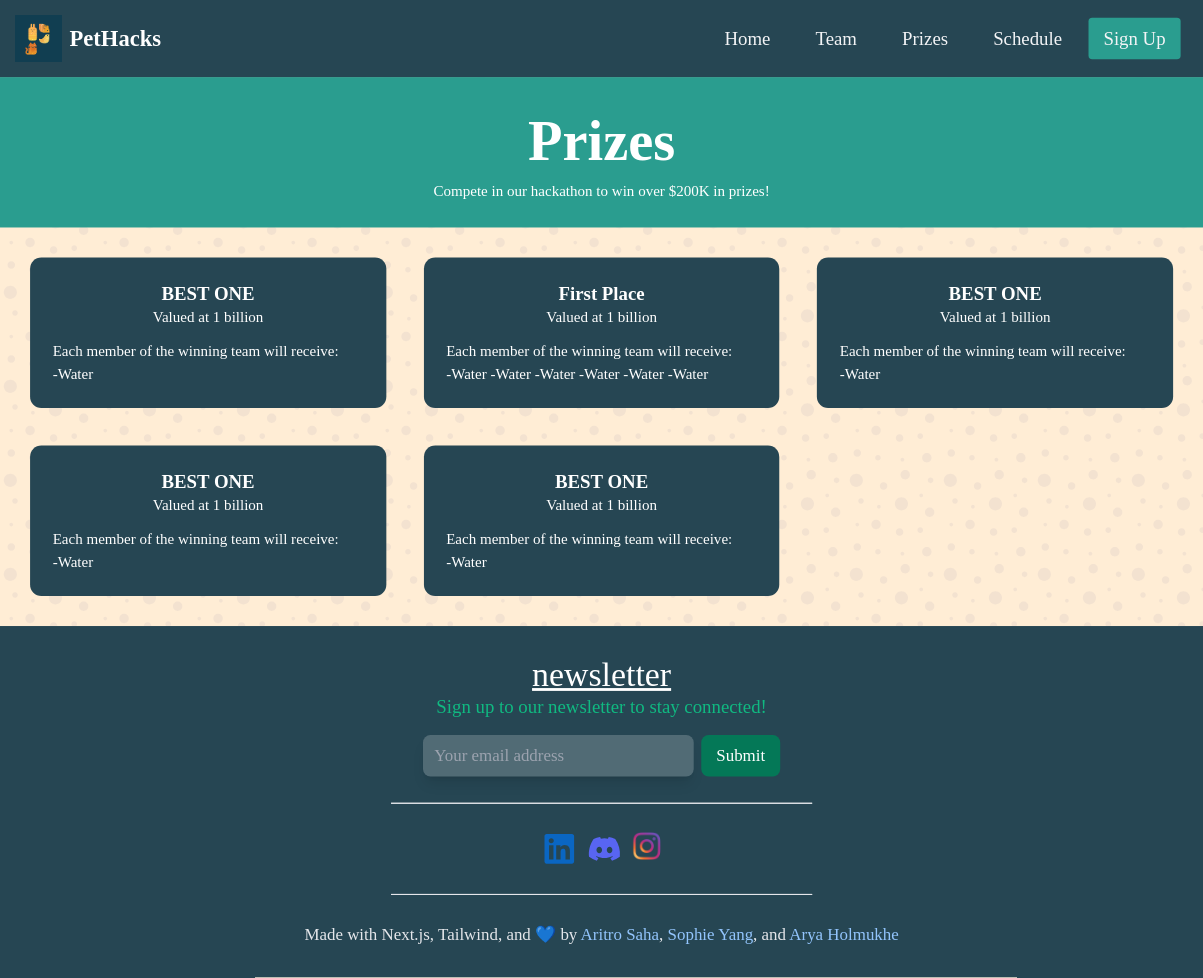
Repository: AritroSaha10/pethacks-website
Page: /prizes
An editor plug-in stored every save of this project. The page is shown before and after the next save, followed by the edit.
The browser window is 1280 px wide. The pictures show the whole page, at 94% of full size.
Some web fonts or font styles are not loaded; a fallback is used. The project was rebuilt for these pictures with package versions that can differ from the ones it lists, and the page was loaded fresh each time. The framework's server and built-in components were replaced by stand-ins that run in the browser. Also part of the build but not shown: next.config.js.

Above is the page before, as saved 2022-09-10 09:56:36.

### pages/prizes.tsx
import Layout from '../components/Layout'
import Navbar from "@components/Navbar"
import Card from '@components/Prizes/Card'
import SectionHead from "@components/SectionHead"

export default function Prizes(){
    return (
    <Layout name="Prizes" noNavbar>
      <Navbar />
      <SectionHead title="Prizes" subtitle="Compete in our hackathon to win over $200K in prizes!"/>
      <div className="grid grid-cols-1 md:grid-cols-2 lg:grid-cols-3 p-3">
      <Card title="BEST ONE" valuation="1 billion" info="-Water"/>
      <Card title="First Place" valuation="1 billion" info="-Water -Water -Water -Water -Water -Water "/>
      <Card title="BEST ONE" valuation="1 billion" info="-Water"/>
      <Card title="BEST ONE" valuation="1 billion" info="-Water"/>
      <Card title="BEST ONE" valuation="1 billion" info="-Water"/>
      </div>

    </Layout>
    )
}

### styles/globals.css
@import url('https://fonts.googleapis.com/css2?family=Gaegu&family=Space+Mono&display=swap');

@tailwind base;
@tailwind components;
@tailwind utilities;

@layer base {
    html {
        font-family: Gaegu;
    }
}

.svg-background {
    background-image: url("data:[embedded picture, 1230 characters]");
}

.wiggles-background {
    background-image: url("data:[embedded picture, 494 characters]");
}

### components/Layout.tsx
import Head from "next/head"

import Navbar from "./Navbar"
import Footer from "./Footer"

import { m } from "framer-motion"

const transition = { ease: [0.6, 0.01, -0.05, 0.9] };

const contentVariants = {
    initial: { y: 200, opacity: 0 },
    animate: { y: 0, opacity: 1 },
    exit: { y: -200, opacity: 0 },
    transition: { duration: 0.4, ...transition }
}

export default function Layout({ name, children, noAnim, noNavbar }: { name: string, children: any, noAnim?: boolean, noNavbar?: boolean }) {
    const title = `${name} | PetHacks`;
    const description = "WEBSITE DESCRIPTION";
    const imageSrc = "CHANGE ME"

    return (
        <div className="flex flex-col min-h-screen bg-orange-100 overflow-hidden" key={name}>
            <Head>
                <title>{title}</title>
                <meta name="description" content={description} />

                <meta property="og:title" content={title} />
                <meta property="og:description" content={description} />
                <meta property="og:type" content="website" />
                <meta property="og:image" content={imageSrc} />
                <meta property="og:image:type" content="image/png" />
                <meta property="og:image:width" content="1111" />
                <meta property="og:image:height" content="1111" />

                <meta name="twitter:card" content="summary_large_image" />
                <meta name="twitter:creator" content="@YOUR_TWITTER" />
                <meta property="twitter:title" content={title} />
                <meta property="twitter:description" content={description} />
                <meta property="twitter:image:src" content={imageSrc} />
            </Head>

            {noNavbar ? <></> : <Navbar />}

            {noAnim ? (
                <div
                    className="flex-grow flex flex-col"
                >
                    {children}
                </div>
            ) : (
                <m.div
                    initial={contentVariants.initial}
                    animate={contentVariants.animate}
                    exit={contentVariants.exit}
                    transition={contentVariants.transition}
                    className="flex-grow flex flex-col svg-background"
                >
                    {children}
                </m.div>
            )}

            <Footer />
        </div>
    )
}

### components/Navbar.tsx
import Link from "next/link";
import Image from "next/image";
import { useState } from "react";

import Logo from "@media/logo.png";

import { GoThreeBars } from "react-icons/go"

const links = [
    {
        name: "Home",
        link: "/",
        id: "home",
        priority: false
    },
    {
        name: "Team",
        link: "/team",
        id: "team",
        priority: false
    },
    {
        name: "Prizes",
        link: "/prizes",
        id: "prizes",
        priority: false
    },
    {
        name: "Schedule",
        link: "/schedule",
        id: "schedule",
        priority: false
    },
    {
        name: "Sign Up",
        link: "/sign-up",
        id: "sign-up",
        priority: true
    },
];

export default function Header() {
    const [showDropdown, setShowDropdown] = useState(false);

    return (
        <header className="bg-pet-teal py-2 lg:py-4 sticky">
            <div className="container px-4 mx-auto lg:flex lg:items-center">
                <div className="flex justify-between items-center">
                    <Link href="/">
                        <a className="flex justify-between items-center font-bold text-2xl text-white gap-2">
                            <Image src={Logo} alt="logo" width={50} height={50} />
                            <span>PetHacks</span>
                        </a>
                    </Link>

                    <button
                        className="border border-solid border-gray-600 px-3 py-1 rounded text-white opacity-50 hover:opacity-75 lg:hidden"
                        aria-label="Menu"
                        data-test-id="navbar-menu"
                        onClick={
                            () => {
                                setShowDropdown(!showDropdown);
                            }}
                        >
                        <GoThreeBars />
                    </button>
                </div>

                <div className={`${showDropdown ? "flex" : "hidden"} lg:flex flex-col lg:flex-row lg:ml-auto mt-3 lg:mt-0 text-xl`} data-test-id="navbar">
                    {
                        links.map(({ name, link, priority, id }) =>
                            <Link key={name} href={link}>
                                <a
                                    className={`${priority ? "text-gray-100 bg-pet-turquoise hover:bg-pet-turquoise/50 hover:text-white text-center mt-1 lg:mt-0 lg:ml-1" : "text-gray-100 hover:bg-gray-400/20 hover:text-gray-100 "} p-2 lg:px-4 lg:mx-2 rounded duration-300 transition-colors `}
                                    data-test-id={`navbar-${id}`}
                                >
                                    {name}
                                </a>
                            </Link>
                        )
                    }
                </div>
            </div>
        </header>
    )
}

### components/Prizes/Card.tsx
import React from 'react';


export default function Card ({title, valuation, info}: {title: string, valuation: string, info: string}) {

    return (
        <div className="col-span-1 min-h-min p-6 m-5 pd-2 bg-pet-teal rounded-xl  text-white" >
            <div className="text-center">
                <h1 className="text-xl font-bold">{title}</h1>
                <p className="pb-3">Valued at {valuation}</p>
            </div>
            <div className="">
                Each member of the winning team will receive:
                <p>
                {info}
                </p>
            </div>
        </div>
    )
}

### components/SectionHead.tsx
import React from 'react';

export default function SectionHead({ title, subtitle }: { title: string, subtitle: string }) {
  return (
    <div className="h-40 bg-pet-turquoise text-center text-white grid place-content-center">
      <h1 className="font-bold text-6xl p-3">{title}</h1>
      <p>{subtitle}</p>
    </div>
  )
}

### components/Footer.tsx
import React, { useState } from 'react'
import Link from 'next/link'
import Image from 'next/image'

import axios from 'axios'

import EmailRegex from '@util/EmailRegex'

import logo from '@media/logo.png'
import InstagramLogo from "@media/ig.png"
import { FaLinkedin, FaDiscord } from 'react-icons/fa'

const buttonColoring =
    'bg-emerald-700 text-white hover:bg-white hover:text-emerald-700 active:bg-emerald-500 active:text-white transition-all duration-300'

enum EmailState {
    Neutral,
    Invalid,
    Success,
    Sending
}

export default function Footer() {
    const [emailState, setEmailState] = useState(EmailState.Neutral)

    const handleSubmit = async (e: React.FormEvent<HTMLFormElement>) => {
        e.preventDefault()

        // Extract email from form data
        const formData = Object.fromEntries(new FormData(e.currentTarget))
        const email = formData.email.toString()

        // Match using regex
        if (email === '' || !email.match(EmailRegex)) {
            setEmailState(EmailState.Invalid);
            return;
        }

        // Submit to Airtable
        setEmailState(EmailState.Sending);

        try {
            const startingTime = new Date().getTime();

            // TODO: IMPLEMENT THIS API FUNCTION
            await axios.post("/api/addToNewsletter", {
                email: email
            });

            // Slow down animation to take at least 300ms on user end so it's smoother
            await new Promise(resolve => {
                setTimeout(resolve.bind(null, null), 300 - (new Date().getTime() - startingTime));
            });
        } catch (e) {
            // We don't need the user to know of the error, but log it for later uses
            console.error("Error when sending email", e);
        }

        // Let user know it was sent successfully
        setEmailState(EmailState.Success);
    }

    return (
        <footer className="flex flex-col justify-between gap-4 px-12 lg:px-20 py-8 bg-pet-teal items-center z-[99999999] text-center sm:text-left">

            <div className="flex flex-col items-center lg:w-1/3" id="newsletter">
                <h2 className="text-4xl text-white underline">newsletter</h2>
                <p className="text-xl text-emerald-500">
                    Sign up to our newsletter to stay connected!
                </p>

                <div>
                    <form className="flex flex-col sm:flex-row items-center gap-2 mt-4 text-center lg:text-left" onSubmit={handleSubmit} noValidate>
                        <input
                            className={`text-lg rounded-lg py-2 px-3 w-60 sm:w-72 align-middle text-white outline-none focus:ring-2 focus:ring-emerald-700 duration-200 bg-white/20 shadow-lg focus:shadow-none ${emailState == EmailState.Invalid && "ring-1 ring-red-600"}`}
                            placeholder="Your email address"
                            name="email"
                            type="email"
                            onChange={() => setEmailState(EmailState.Neutral)}
                            required
                        />
                        <input
                            type="submit"
                            className={`rounded-lg py-2 px-4 w-60 sm:w-auto text-lg ${buttonColoring} hover:cursor-pointer`}
                        />
                    </form>

                    {emailState == EmailState.Invalid && (
                        <p className="text-sm text-red-500">
                            Please provide a valid email address.
                        </p>
                    )}

                    {emailState == EmailState.Success && (
                        <p className="text-sm text-emerald-400">Thanks for submitting!</p>
                    )}
                </div>
            </div>

            <hr className="h-px bg-white w-full lg:w-[40%] my-3" />

            <div className="flex items-center justify-center gap-3 text-4xl">
                <a
                    href=""
                    className="text-[#0A66C2] hover:text-[#0A66C2]/75 active:text-[#0A66C2]/50 duration-200"
                    target="_blank"
                    rel="noreferrer"
                    title="LinkedIn"
                >
                    <FaLinkedin />
                </a>

                <a
                    href=""
                    className="text-[#5865F2] hover:text-[#5865F2]/75 active:text-[#5865F2]/50 duration-200"
                    target="_blank"
                    rel="noreferrer"
                    title="Discord"
                >
                    <FaDiscord />
                </a>

                <a
                    href=""
                    className="text-[#F77737] hover:text-[#F77737]/75 active:text-[#F77737]/50 duration-200"
                    target="_blank"
                    rel="noreferrer"
                    title="Instagram"
                >
                    <Image src={InstagramLogo} width={30} height={30} alt="instagram" />
                </a>
            </div>

            <hr className="h-px bg-white w-full lg:w-[40%] my-3" />

            <p className='text-lg text-gray-200'>
                Made with Next.js, Tailwind, and 💙 by
                {" "}
                <a href="https://aritrosaha.vercel.app" target="_blank" rel="noreferrer" className='text-blue-300 hover:text-blue-500 duration-150'>
                    Aritro Saha
                </a>
                ,{" "}
                <a href="https://www.linkedin.com/in/sophie-yang-66b855216" target="_blank" rel="noreferrer" className='text-blue-300 hover:text-blue-500 duration-150'>
                    Sophie Yang
                </a>
                , and {" "}
                <a href="" target="_blank" rel="noreferrer" className='text-blue-300 hover:text-blue-500 duration-150'>
                    Arya Holmukhe
                </a>
            </p>
        </footer>
    )
}

### util/EmailRegex.ts
const EmailRegex = /(?:[a-z0-9!#$%&'*+/=?^_`{|}~-]+(?:\.[a-z0-9!#$%&'*+/=?^_`{|}~-]+)*|"(?:[\x01-\x08\x0b\x0c\x0e-\x1f\x21\x23-\x5b\x5d-\x7f]|\\[\x01-\x09\x0b\x0c\x0e-\x7f])*")@(?:(?:[a-z0-9](?:[a-z0-9-]*[a-z0-9])?\.)+[a-z0-9](?:[a-z0-9-]*[a-z0-9])?|\[(?:(?:25[0-5]|2[0-4][0-9]|[01]?[0-9][0-9]?)\.){3}(?:25[0-5]|2[0-4][0-9]|[01]?[0-9][0-9]?|[a-z0-9-]*[a-z0-9]:(?:[\x01-\x08\x0b\x0c\x0e-\x1f\x21-\x5a\x53-\x7f]|\\[\x01-\x09\x0b\x0c\x0e-\x7f])+)\])/;
export default EmailRegex;

### tailwind.config.js
/** @type {import('tailwindcss').Config} */
module.exports = {
  content: [
    "./pages/**/*.{js,ts,jsx,tsx}",
    "./components/**/*.{js,ts,jsx,tsx}",
  ],
  theme: {
    extend: {
      fontFamily: {
        desc:['Gaegu', 'cursive;']
      },
      colors: {
        "pet-teal": "#264653",
        "pet-turquoise": "#2A9D8F",
        "pet-yellow": "#E9C46A",
        "pet-lightorange": "#F4A261",
        "pet-red": "#E76F51"
      }
    },
  },
  plugins: [],
}

Loaded but not shown: pages/_app.tsx (common file)

After the next save:
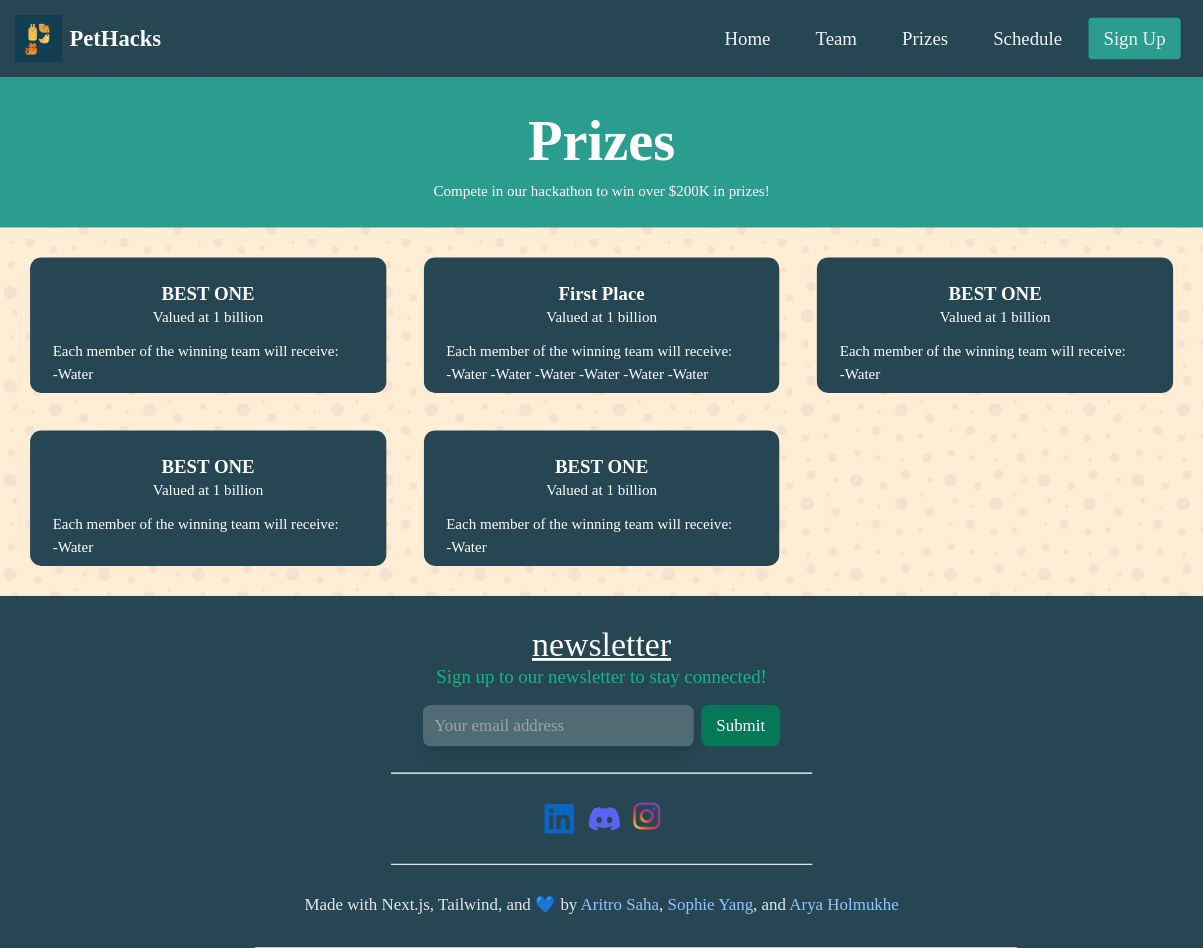
Saved 5 s later.
--- a/components/Prizes/Card.tsx
+++ b/components/Prizes/Card.tsx
@@ -4,7 +4,7 @@ import React from 'react';
 export default function Card ({title, valuation, info}: {title: string, valuation: string, info: string}) {
 
     return (
-        <div className="col-span-1 min-h-min p-6 m-5 pd-2 bg-pet-teal rounded-xl  text-white" >
+        <div className="col-span-1 min-h-min p-6 m-5 pb-2 bg-pet-teal rounded-xl  text-white" >
             <div className="text-center">
                 <h1 className="text-xl font-bold">{title}</h1>
                 <p className="pb-3">Valued at {valuation}</p>
